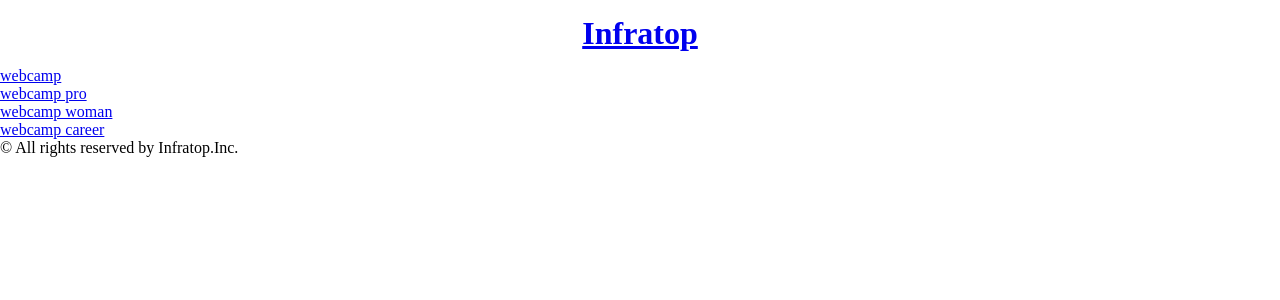
Repository: alamsamiha/html_css
Page: chapter5_exercise/ch5.html
The author's editor kept a record of every edit. The page is drawn from the files as they stood at one moment, then again after the next edit.
The browser window is 1280 px wide. The pictures show the whole page.

Above is the page before.

After the next edit:
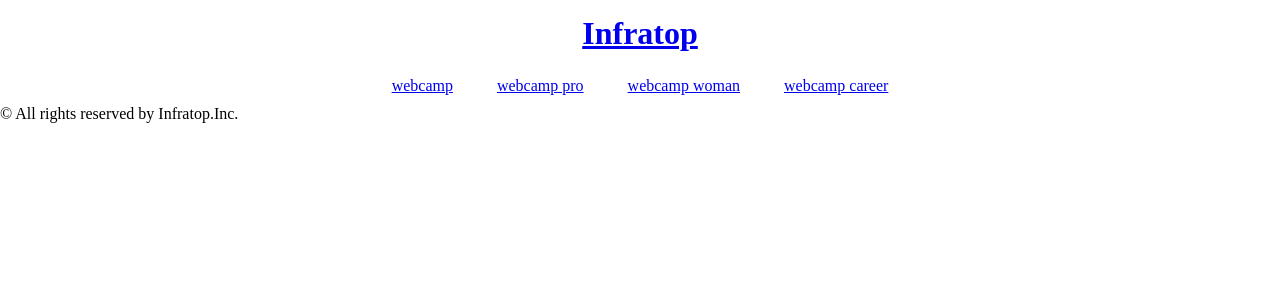
The edit:
--- a/chapter5_exercise/ch5.css
+++ b/chapter5_exercise/ch5.css
@@ -14,3 +14,15 @@
 header .heading { /* headerタグ内のheadingクラスにのみ反映される */
   font-size: 32px;
 }
+
+.nav-list {
+  text-align: center;
+  padding: 10px 0;
+  margin: 0 auto;
+}
+
+.nav-list-item {
+  list-style: none;
+  display: inline-block;
+  margin: 0 20px;
+}
